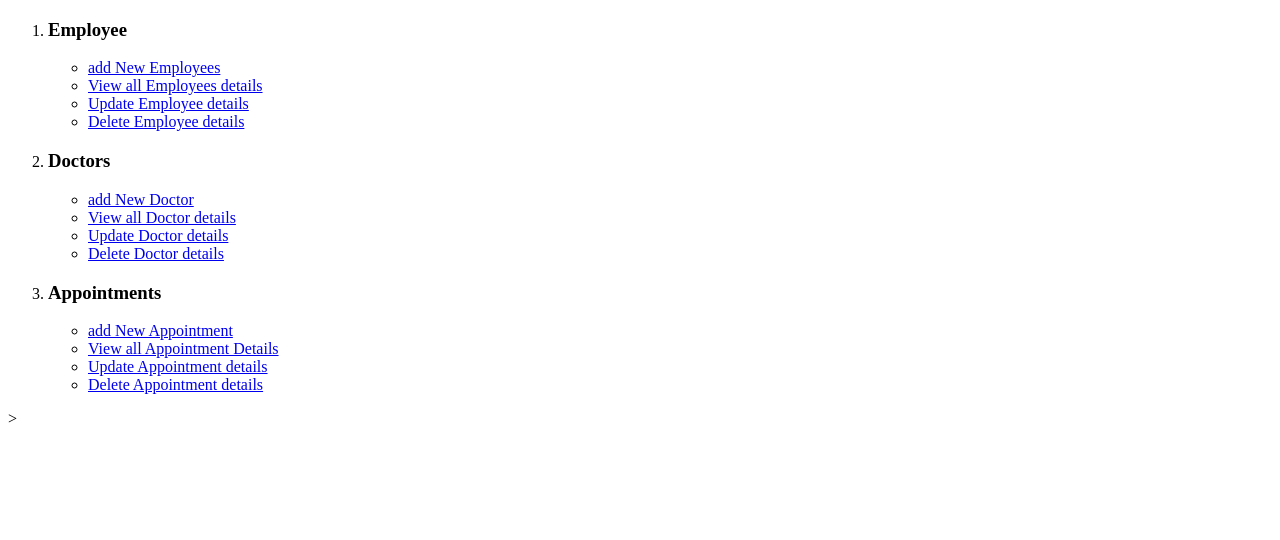
Repository: rameshraj97/Core-java
Page: firstWebsite/src/main/webapp/Index1.html
The author's editor kept a copy of each file at every save. The page is drawn from the files as they stood at one save, then again after the next save.
The browser window is 1280 px wide. The pictures show the whole page.

Above is the page before, as saved 2022-05-23 09:23:57.

### firstWebsite/src/main/webapp/Index1.html
<!DOCTYPE html>
<html>
<head>
<meta charset="ISO-8859-1">
<title>Insert title here</title>
</head>
<body>
  <ol><!-- ordered list -->
   <li><h3>Employee</h3></li>
         <ul>
         <li><a href="/firstWebsite/AddEmployee.html">add New Employees</a></li>
         <li><a href="/firstWebsite/GetAllEmployees.html">View all Employees details</a></li>
         <li><a href="/firstWebsite/UpdateEmployee.html">Update Employee details</a></li>
         <li><a href="/firstWebsite/DeleteEmployeeDetails.html">Delete Employee details</a></li>
         </ul>
   <li><h3>Doctors</h3></li>
         <ul>
         <li><a href="/firstWebsite/AddDoctor.html">add New Doctor</a></li>
         <li><a href="/firstWebsite/GetAllDoctors.html">View all Doctor details</a></li>
         <li><a href="/firstWebsite/UpdateDoctorDetails.html">Update Doctor details</a></li>
         <li><a href="/firstWebsite/DeleteDoctorDetails.html">Delete Doctor details</a></li>
         </ul>
   <li><h3>Appointments</h3></li>
         <ul>
         <li><a href="/firstWebsite/AddAppointments.html">add New Appointment</a></li>
         <li><a href="/firstWebsite/GetAllAppointments.html">View all Appointment Details</a></li>
         <li><a href="/firstWebsite/UpdateAppointments.html">Update Appointment details</a></li>
         <li><a href="/firstWebsite/DeleteAppointmentDetails.html">Delete Appointment details</a></li>
         </ul>

   </ol>>

</body>
</html>

After the next save:
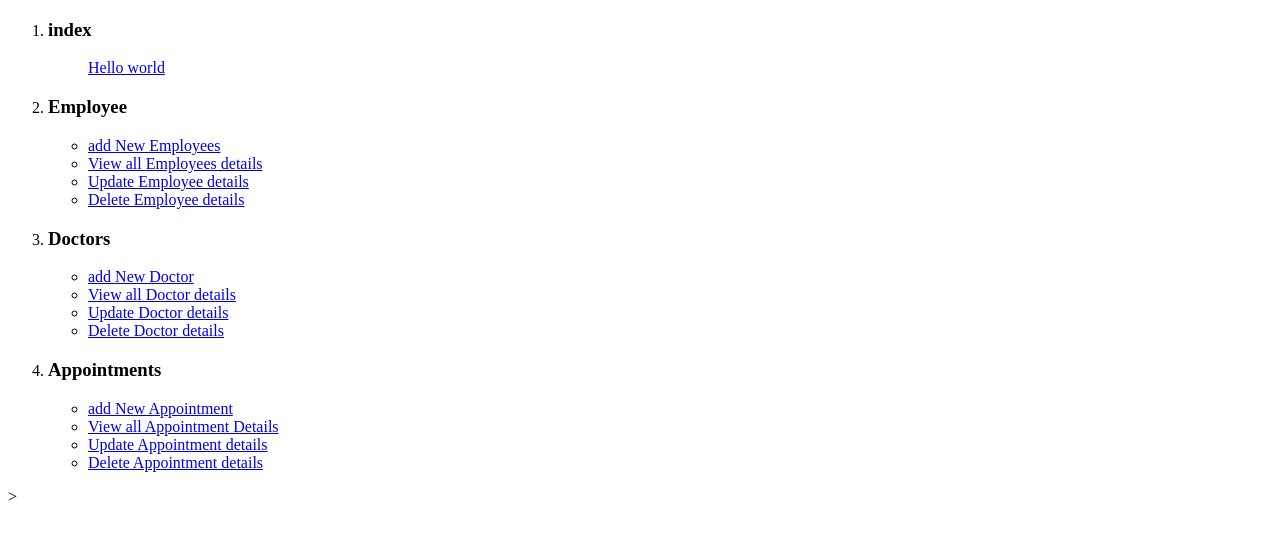
Saved 21 min 58 s later.
--- a/firstWebsite/src/main/webapp/Index1.html
+++ b/firstWebsite/src/main/webapp/Index1.html
@@ -6,6 +6,9 @@
 </head>
 <body>
   <ol><!-- ordered list -->
+  <li><h3>index</h3></li>
+          <ul><a href="/firstWebsite/HelloWorld">Hello world</a>
+          </ul>
    <li><h3>Employee</h3></li>
          <ul>
          <li><a href="/firstWebsite/AddEmployee.html">add New Employees</a></li>
